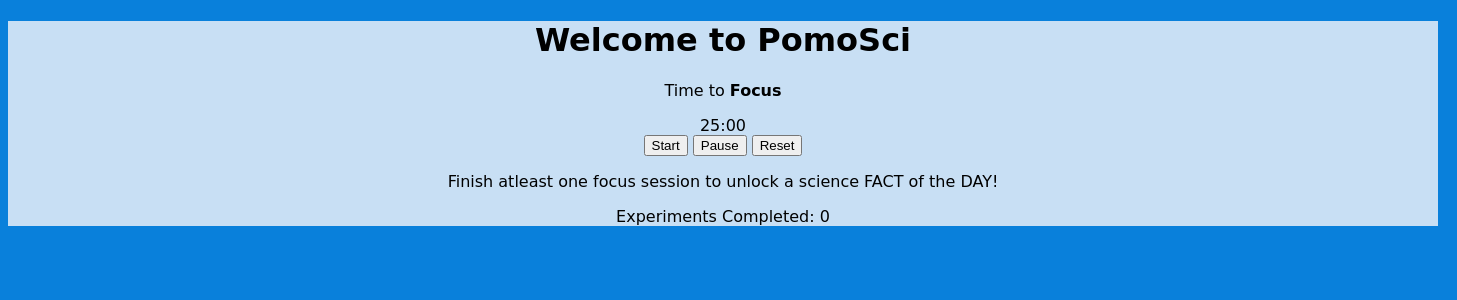
Repository: manayparikh1/Pomosci
Page: index.html
These files come from the project's save history. The page is drawn as it stood at one moment and after the next save; the edit follows.
The browser window is 1280 px wide. The page is 1438 px wide, then 1457 px, so the pictures cover 1457 px, including what lies to the right of the window. The pictures show the whole page.

Above is the page before, as saved 2026-11-13 13:14:01.

### index.html
<!DOCTYPE html>
<html lang="en">

<head>
    <meta charset="UTF-8">
    <meta name="viewport" content="width=device-width, initial-scale=1.0">
    <title><strong>PomoSci</strong></title>

    <head>

    <body>
        <!-- ======== HTML ======== -->
        <div class="lab_sci">
            <h1>Welcome to PomoSci</h1>
            <p id="mode">Time to <strong>Focus</strong></p>

            <div class="beaker is paused" id="beaker">
                <div id="liquid">
                    <span class="bubble"></span>
                    <span class="bubble"></span>
                    <span class="bubble"></span>
                    <span class="bubble"></span>
                </div>
            </div>
            <div id="time">25:00</div>
            <button onclick="start()">Start</button>
            <button onclick="pause()">Pause</button>
            <button onclick="reset()">Reset</button>

            <p id="fact">Finish atleast one focus session to unlock a science FACT of the DAY!</p>
            <p id="count">Experiments Completed: 0</p>

            <!-- ====Css--===-->

            <style>
                body {
                    font-family: Comic Sans MS, Comic Sans, cursive;
                    background-color: rgb(9, 128, 219);
                    text-align: center;
                }

                .lab_sci {
                    background-color: rgb(200, 223, 244);
                    width: 1430px;
                }

After the next save:
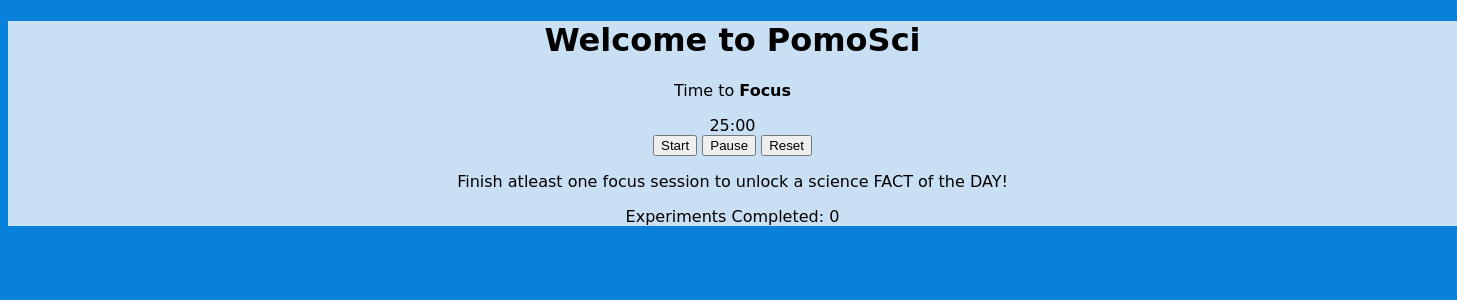
Saved 17 s later.
--- a/index.html
+++ b/index.html
@@ -41,5 +41,5 @@
 
                 .lab_sci {
                     background-color: rgb(200, 223, 244);
-                    width: 1430px;
+                    width: 1449px;
                 }
